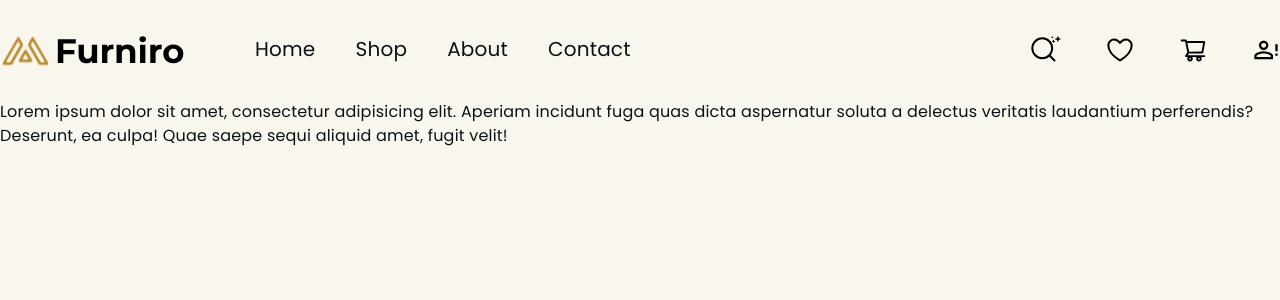
Repository: binhphanbp/furniro-interior_website
Page: index.html
The author's editor kept a copy of each file at every save. The page is drawn from the files as they stood at one save, then again after the next save.
The browser window is 1280 px wide. The pictures show the whole page.

Above is the page before, as saved 2025-02-19 22:54:53.

### index.html
<!DOCTYPE html>
<html lang="en">
  <head>
    <meta charset="UTF-8" />
    <meta name="viewport" content="width=device-width, initial-scale=1.0" />
    <title>Furniro</title>

    <!-- Favicon -->
    <link rel="shortcut icon" href="./icons/favicon.ico" type="image/x-icon" />
    <link rel="icon" href="./icons/favicon.ico" type="image/x-icon" />

    <!-- Link CSS -->
    <link rel="stylesheet" href="./src/assets/styles/main.css" />
  </head>
  <body class="homepage">
    <!-- PROGRESS BAR -->
    <div class="progress-container">
      <div class="progress-bar"></div>
    </div>

    <!-- HEADER -->

    <header class="header">
      <div class="container">
        <nav class="header__menu">
          <a class="header__logo" href="#">
            <img src="./icons/furniro-logo-type.svg" alt="logo-furniro" />
          </a>
          <ul class="header__menu-list">
            <li>
              <a href="" class="avtive">home</a>
            </li>
            <li>
              <a href="">shop</a>
            </li>
            <li>
              <a href="">about</a>
            </li>
            <li>
              <a href="">contact</a>
            </li>
          </ul>
        </nav>
        <ul class="header__icons">
          <a href="#" class="header__icons-item">
            <img src="./icons/icon-search.svg" alt="icon-search" />
          </a>
          <a href="#" class="header__icons-item">
            <img src="./icons/icon-heart.svg" alt="icon-heart" />
          </a>
          <a href="#" class="header__icons-item">
            <img src="./icons/icon-cart.svg" alt="icon-cart"
          /></a>
          <a href="#" class="header__icons-item">
            <img src="./icons/icon-account-alert.svg" alt="icon-account" />
          </a>
        </ul>
      </div>
    </header>

    <!-- MAIN -->
    <main class="main">
      <p>
        Lorem ipsum dolor sit amet, consectetur adipisicing elit. Aperiam
        incidunt fuga quas dicta aspernatur soluta a delectus veritatis
        laudantium perferendis? Deserunt, ea culpa! Quae saepe sequi aliquid
        amet, fugit velit!
      </p>
      <!-- Section Hero -->
      <section class="schero">
        <div class="container"></div>
      </section>

      <!-- Section Menu -->
      <section class="scmenu">
        <div class="container"></div>
      </section>

      <!-- Section Services -->
      <section class="scservices">
        <div class="container"></div>
      </section>

      <!-- Section Delivery -->
      <section class="scdelivery">
        <div class="container"></div>
      </section>

      <!-- Section Our Customers -->
      <section class="sccustomers">
        <div class="container"></div>
      </section>

      <!-- Section Our Blog -->
      <section class="scblog">
        <div class="container"></div>
      </section>
    </main>

    <!-- FOOTER -->
    <footer class="footer">
      <div class="container"></div>
    </footer>

    <!-- JavaScript -->
    <script type="module" src="./src/scripts/main.js"></script>
  </body>
</html>

### src/assets/styles/main.css
/* Reset CSS */
@import './base/reset.css';

/* Font */
@import './base/variables.css';
@import './base/fonts.css';

/* Layouts (General Structure) */
@import './base/layouts.css';

/* Components */
@import './components/header.css';
@import './components/footer.css';
@import './components/components.css';

/* Pages */
@import './pages/home.css';
@import './pages/shop.css';
@import './pages/shop-details.css';
@import './pages/cart.css';
@import './pages/checkout.css';
@import './pages/product-comparison.css';
@import './pages/blog.css';
@import './pages/contact.css';

### src/assets/styles/base/reset.css
* {
  margin: 0;
  padding: 0;
  border: 0;
  font-size: 100%;
  font: inherit;
  vertical-align: baseline;
  box-sizing: border-box;
}
body {
  line-height: 1;
}
ol,
ul {
  list-style: none;
}
blockquote,
q {
  quotes: none;
}
blockquote:before,
blockquote:after,
q:before,
q:after {
  content: '';
  content: none;
}
table {
  border-collapse: collapse;
  border-spacing: 0;
}
img,
object,
embed {
  max-width: 100%;
}

a {
  text-decoration: none;
  outline: 0;
}
strong {
  font-family: db;
}
sub {
  vertical-align: sub;
  font-size: smaller;
}
sup {
  vertical-align: super;
  font-size: smaller;
}

### src/assets/styles/base/variables.css
:root {
  /* Page Setting Variables */
  --max-width-page: 2560px;
  --max-width-container-fluid: 1920px;
  --max-width-container: calc(1236px + calc(var(--gap) * 2));

  --gap: 30px;
  --pd-left-right: 20px;

  /* Color Variables */
  --primary-cl: #b88e2f;
  --primary-cl-hover: #d3ac51;
  --secondary-cl: #fff3e3;
  --tertiary-cl: #f3e9dc;

  --white-page-cl: #f9f6ee;
  --black-cl: #0b1215;

  --gray-dark-cl: #898989;
  --gray-light-cl: #9f9f9f;
  --product-hover: #3a3a3a;

  --red-cl: #e97171;
  --green-cl: #2ec1ac;
  --purple-cl: #816dfa;

  /* Font-size, Line-height, Letter-spacing Variables: */
  --fs-h1: 5.6rem;
  --lh-h1: 6.5rem;
  --ls-h1: 2px;

  --fs-h2: 4rem;
  --lh-h2: 4.8rem;
  --ls-h2: 0.25px;

  --fs-h3: 2.4rem;
  --lh-h3: 2.8rem;
  --ls-h3: 0.1px;

  --fs-text-button: 1.6rem;
  --lh-text-button: 2.4rem;
  --ls-text-button: 0.2px;

  --fs-body: 1.6rem;
  --lh-body: 2.4rem;
  --ls-body: 0.2px;

  /* Fonts: */
  --font-body: ppr;
  --font-body-light: ppl;
  --font-body-medium: ppm;
  --font-body-semibold: ppsb;
  --font-body-bold: ppb;

  /* General Variables */
  --height-header: 100px;
  --height-footer: 505px;
  --height-button: 48px;
  --height-button-medium: 64px;
  --height-button-large: 74px;
  --pd-section: 60px;

  /* Timing Transition Variables: */
  --duration: 0.4s;
  --cubic: cubic-bezier(0.59, 0.29, 0.15, 0.93);
}

### src/assets/styles/base/fonts.css
@font-face {
  font-family: 'ppl';
  src: url('../../fonts/Poppins-Light.woff2') format('woff2'),
    url('../../fonts/Poppins-Light.woff') format('woff');
  font-weight: 300;
  font-style: normal;
  font-display: swap;
}

@font-face {
  font-family: 'ppr';
  src: url('../../fonts/Poppins-Regular.woff2') format('woff2'),
    url('../../fonts/Poppins-Regular.woff') format('woff');
  font-weight: normal;
  font-style: normal;
  font-display: swap;
}

@font-face {
  font-family: 'ppm';
  src: url('../../fonts/Poppins-Medium.woff2') format('woff2'),
    url('../../fonts/Poppins-Medium.woff') format('woff');
  font-weight: 500;
  font-style: normal;
  font-display: swap;
}

@font-face {
  font-family: 'ppsb';
  src: url('../../fonts/Poppins-SemiBold.woff2') format('woff2'),
    url('../../fonts/Poppins-SemiBold.woff') format('woff');
  font-weight: 600;
  font-style: normal;
  font-display: swap;
}

@font-face {
  font-family: 'ppb';
  src: url('../../fonts/Poppins-Bold.woff2') format('woff2'),
    url('../../fonts/Poppins-Bold.woff') format('woff');
  font-weight: bold;
  font-style: normal;
  font-display: swap;
}

### src/assets/styles/base/layouts.css
html {
  font-size: 62.5%;

  scroll-behavior: smooth;

  /* CUSTOM SCROLLBAR */
  /* width */
  ::-webkit-scrollbar {
    width: 10px;
  }
  /* Track */
  ::-webkit-scrollbar-track {
    background: var(--gray-light-cl);
  }
  /* Handle */
  ::-webkit-scrollbar-thumb {
    background: var(--primary-cl);
    border-radius: 40px;
  }
  /* Handle on hover */
  ::-webkit-scrollbar-thumb:hover {
    background: var(--gray-dark-cl);
  }

  /* Custom background-color text selection */
  ::-moz-selection {
    color: var(--white-page-cl);
    background: var(--primary-cl);
  }
  ::selection {
    color: var(--white-page-cl);
    background: var(--primary-cl);
  }
}

body {
  background-color: var(--white-page-cl);
  width: 100%;
  max-width: var(--max-width-page);
  margin: auto;

  color: var(--black-cl);
  font-family: var(--font-body);
  font-size: var(--fs-body);
  line-height: var(--lh-body);
  letter-spacing: var(--ls-body);
}

.container-fluid {
  width: 100%;
  max-width: var(--max-width-container-fluid);
  padding-right: var(--gap);
  padding-left: var(--gap);
  margin-right: auto;
  margin-left: auto;
  position: relative;
}

.container {
  max-width: var(--max-width-container);
  margin: 0 auto;
}

### src/assets/styles/components/header.css
.header {
  height: var(--height-header);
}

.header .container {
  display: flex;
  align-items: center;
  justify-content: space-between;
  height: 100%;
}

.header .header__menu {
  display: flex;
  align-items: center;
  gap: 50px;
}

/* Header Menu */
.header .header__menu .header__menu-list {
  display: flex;
}

.header .header__menu .header__menu-list li a {
  padding: 8px var(--pd-left-right);
  text-transform: capitalize;
  font-size: 2rem;
  color: var(--black-cl);
}

/* Header Icons */
.header .header__icons {
  display: flex;
  gap: 45px;
}

### src/assets/styles/components/components.css
img {
  max-width: 100%;
  -webkit-user-select: none;
  -moz-user-select: none;
  -ms-user-select: none;
  user-select: none;
  display: block;
  outline: 0;
  object-fit: contain;
}

img .--center {
  margin: 0 auto;
  display: block;
}

.--hidden {
  display: none;
}

.--disable-scroll {
  height: 100vh;
  overflow: hidden;
}

/* Progress Bar */
.progress-container {
  position: fixed;
  top: 0;
  left: 0;
  width: 100%;
  height: 5px;
  background: var(--white-page-cl);
}

.progress-bar {
  height: 100%;
  background: var(--primary-cl);
  width: 0%;

  /* Scroll-driven animation */
  animation: grow linear;
  animation-timeline: scroll();
}

@keyframes grow {
  from {
    width: 0%;
  }
  to {
    width: 100%;
  }
}

/* Heading */
.heading {
  font-family: prb;
  color: var(--black-cl);
  text-transform: uppercase;
}
.heading .--h1 {
  font-size: var(--fs-h1);
  line-height: var(--lh-h1);
  letter-spacing: var(--ls-h1);
}
.heading .--h2 {
  font-size: var(--fs-h2);
  line-height: var(--lh-h2);
  letter-spacing: var(--ls-h2);
}
.heading .--h3 {
  font-size: var(--fs-h3);
  line-height: var(--lh-h3);
  letter-spacing: var(--ls-h3);
}
.heading .--primary-cl {
  color: var(--primary-cl);
}
.heading .--gray-light-cl {
  color: var(--gray-light-cl);
}

.textbutton {
  font-family: var(--font-body-semibold);
  font-size: var(--fs-text-button);
  line-height: var(--lh-text-button);
  letter-spacing: var(--ls-text-button);
}
/* Textbox */
.textbox .--align-center {
  text-align: center;
}

.textbox .desc {
  margin-top: 10px;
  color: var(--gray-dark-cl);
}

/* BUTTON */
.btn {
  display: inline-flex;
  align-items: center;
  justify-content: center;
  gap: 10px;
  padding: 0 36px;

  height: var(--height-button);
  font-family: var(--font-body-semibold);
  border: var(--primary-cl) solid 1px;
  background-color: var(--primary-cl);
  color: var(--white-page-cl);

  white-space: nowrap;
  cursor: pointer;
  transition: var(--duration);
  -webkit-transition: var(--duration);
  -moz-transition: var(--duration);
  -ms-transition: var(--duration);
  -o-transition: var(--duration);
}
.btn:hover {
  border: var(--white-page-cl) solid 1px;
  background-color: var(--primary-cl);
  color: var(--primary-cl);
}

.btn .--large {
  height: var(--height-button-large);
  padding: 0 72px;

  font-family: var(--font-body-bold);
  text-transform: uppercase;
}

.btn .--stroke {
  height: 48px;
  padding: 0 78px;
  background-color: transparent;
  color: var(--primary-cl);
  stroke: 1px solid var(--primary-cl);
}
.btn .--stroke:hover {
  background-color: var(--primary-cl);
  color: var(--white-page-cl);
}

.btn .--stroke-black {
  height: 48px;
  padding: 0 48px;
  background-color: transparent;
  color: var(--black-cl);
  stroke: 1px solid var(--black-cl);
}
.btn .--stroke-black:hover {
  background-color: var(--black-cl);
  color: var(--white-page-cl);
}

/* Button Pagination */
.btn-pagination {
  height: 60px;
  padding: 0 27px;

  background-color: var(--secondary-cl);
  color: var(--black-cl);
}
.btn-pagination:hover {
  background-color: var(--primary-cl-hover);
  color: var(--white-page-cl);
}
.btn-pagination .--active {
  background-color: var(--primary-cl);
  color: var(--white-page-cl);
}

Loaded but not shown: src/scripts/main.js (no stored copy; drawn as an empty file); src/assets/styles/components/footer.css (no stored copy; drawn as an empty file); src/assets/styles/pages/home.css (no stored copy; drawn as an empty file); src/assets/styles/pages/shop.css (no stored copy; drawn as an empty file); src/assets/styles/pages/shop-details.css (no stored copy; drawn as an empty file); src/assets/styles/pages/cart.css (no stored copy; drawn as an empty file); src/assets/styles/pages/checkout.css (no stored copy; drawn as an empty file); src/assets/styles/pages/product-comparison.css (no stored copy; drawn as an empty file); src/assets/styles/pages/blog.css (no stored copy; drawn as an empty file); src/assets/styles/pages/contact.css (no stored copy; drawn as an empty file)

After the next save:
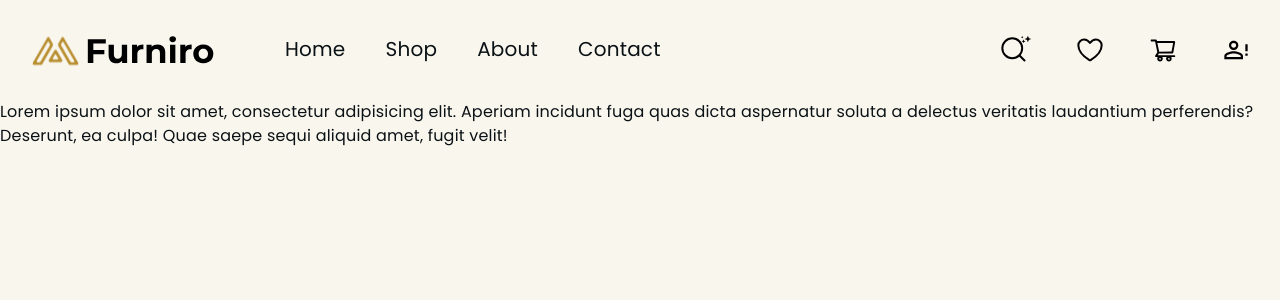
Saved 38 s later.
--- a/src/assets/styles/base/layouts.css
+++ b/src/assets/styles/base/layouts.css
@@ -57,6 +57,11 @@ body {
 }
 
 .container {
+  width: 100%;
   max-width: var(--max-width-container);
-  margin: 0 auto;
+  padding-right: var(--gap);
+  padding-left: var(--gap);
+  margin-right: auto;
+  margin-left: auto;
+  position: relative;
 }
